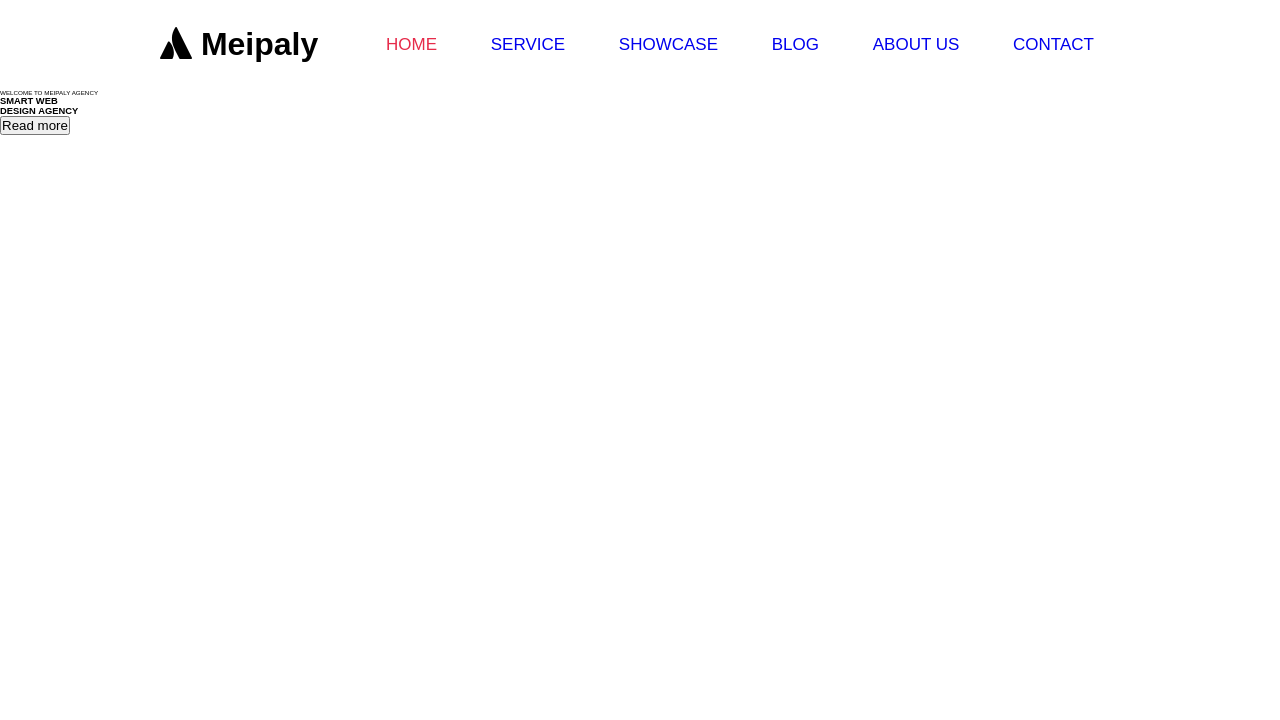
Repository: tudo1611/BC44_HTML5-CSS3_B6_MAIPALY_DO-TRUNG-TU
Page: index.html
The author's editor kept a copy of each file at every save. The page is drawn from the files as they stood at one save, then again after a run of saves.
The browser window is 1280 px wide. The pictures show the whole page.

Above is the page before, as saved 2023-01-15 14:46:26.

After the next 3 saves:
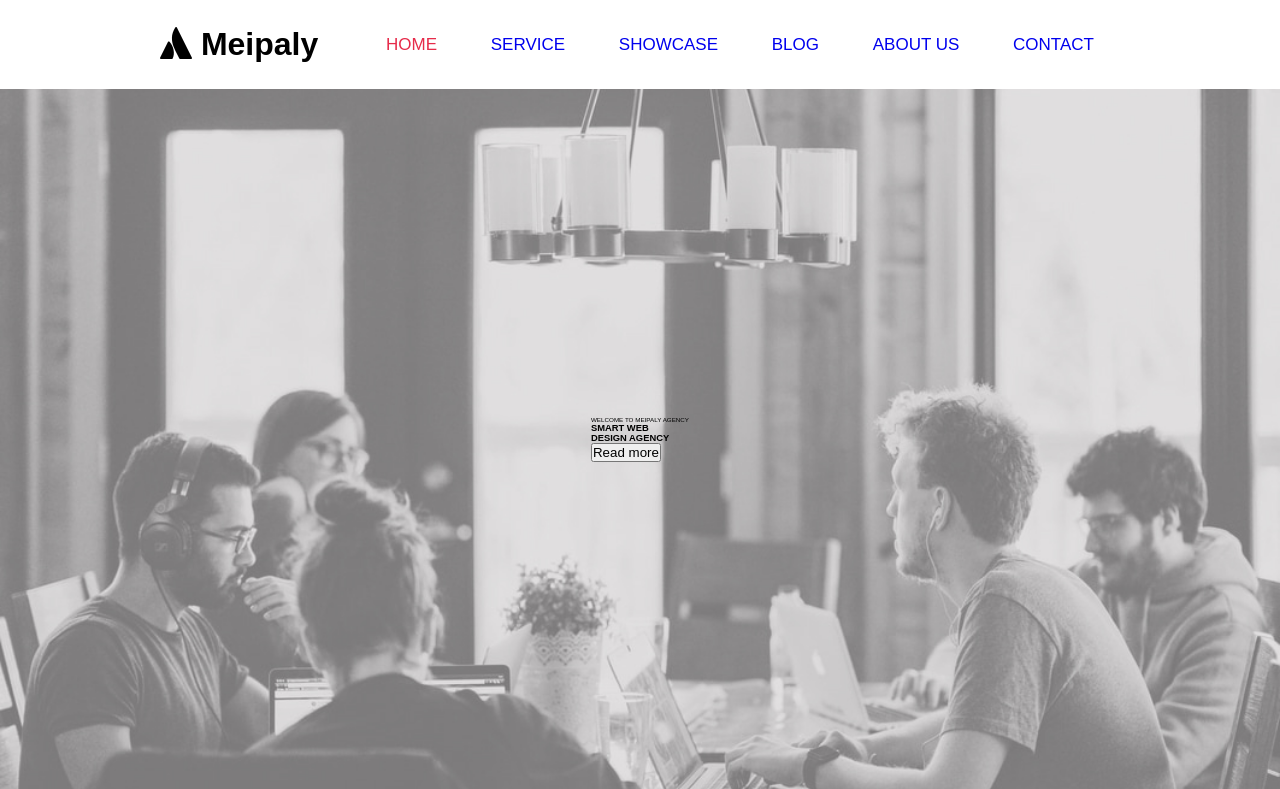
The 3 saves are shown as one change because they came seconds apart.
The last was saved 119 s later.
--- a/css/style.css
+++ b/css/style.css
@@ -43,5 +43,13 @@
   text-transform: uppercase;
   text-decoration: none;
 }
-nav {
+/* carousel  */
+.carousel {
+    background-image: url(../img/home_slider.jpg);
+    background-size: cover;
+    background-position: center;
+    height: 700px;
+    display: flex;
+    justify-content: center;
+    align-items: center;
 }
